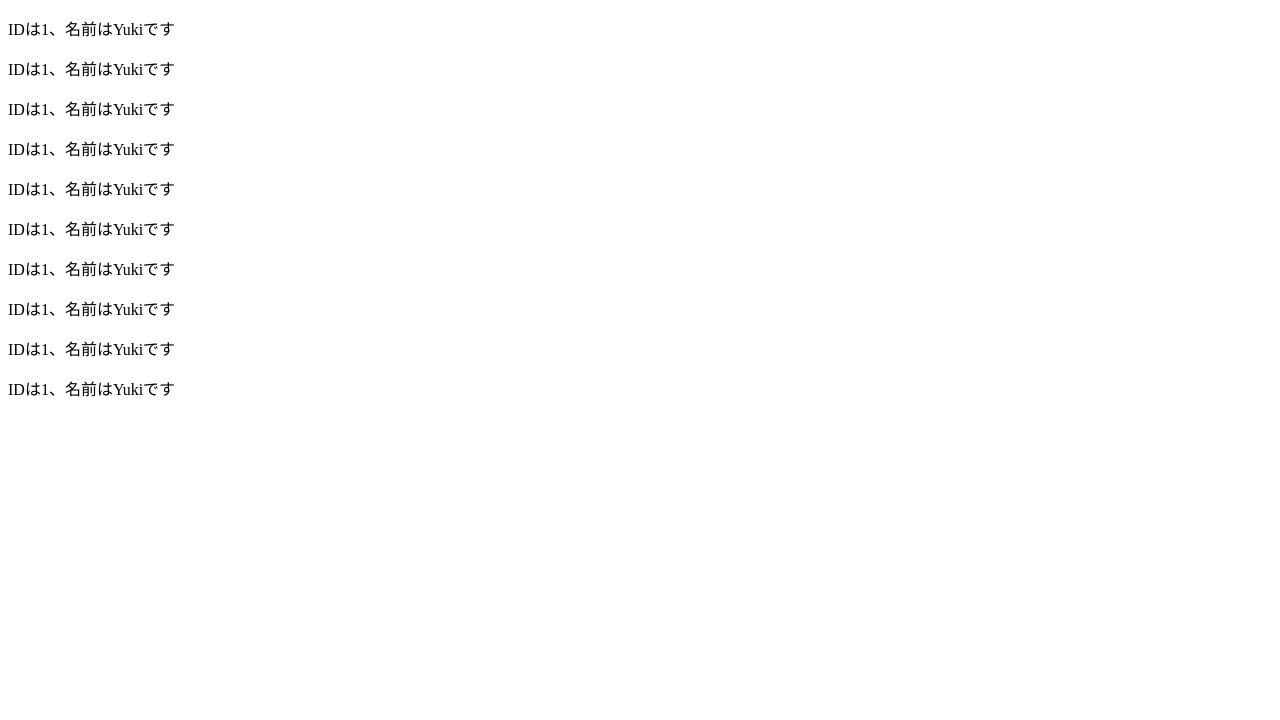
Repository: sakku-14/sukkiri_servlet
Page: http://localhost/lucky/ex.jsp
These files come from the project's save history. The page is drawn as it stood at one moment and after the next save; the edit follows.
The browser window is 1280 px wide. The pictures show the whole page.
The page is served by Tomcat 9.

Above is the page before, as saved 2021-10-17 23:14:26.

After the next save:
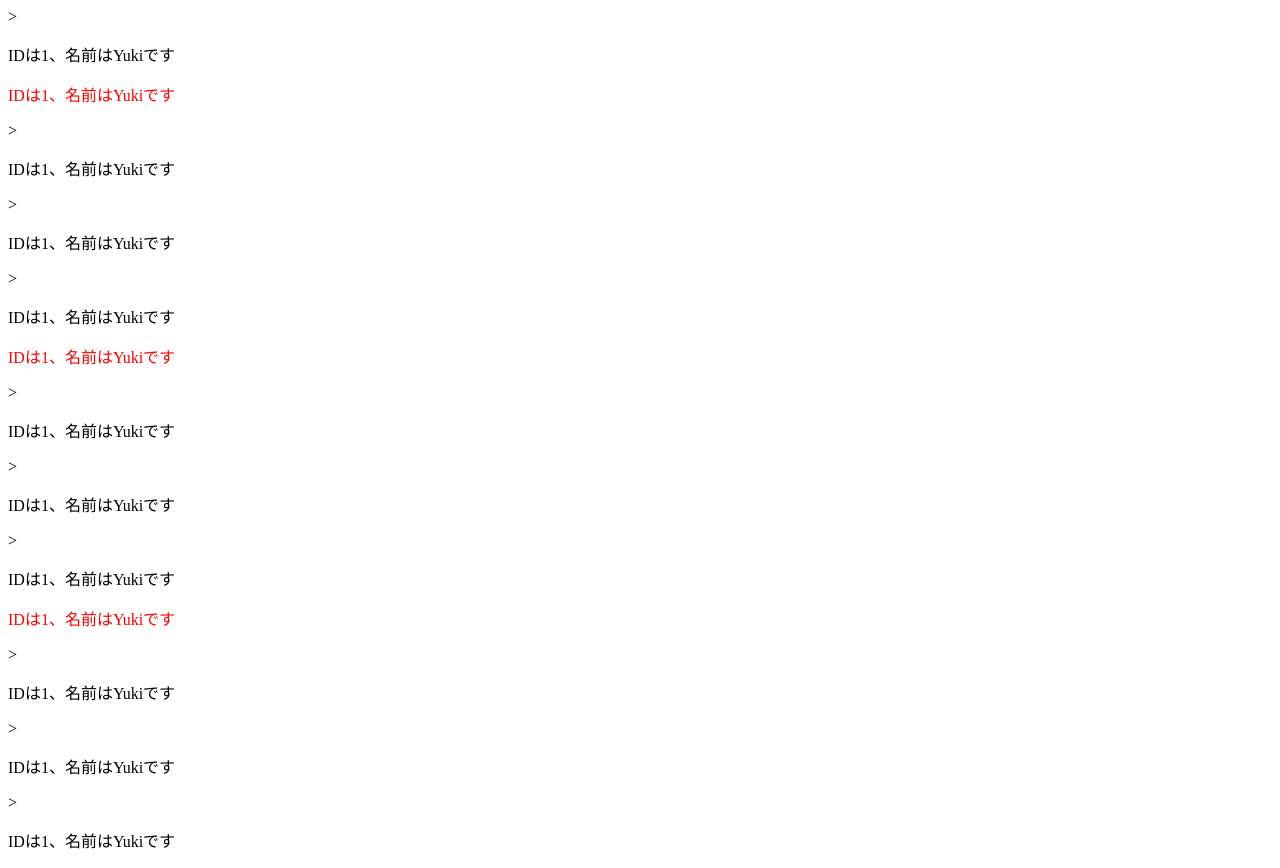
Saved 2 min 6 s later.
--- a/lucky/src/main/webapp/ex.jsp
+++ b/lucky/src/main/webapp/ex.jsp
@@ -14,7 +14,10 @@
 </head>
 <body>
 <% for(int i = 0; i < 10; i++) { %>
-	<p>IDは<%= emp.getId() %>、名前は<%= emp.getName() %>です</p>
+<% if (i % 3 == 1) { %>
+<p style="color:red;">IDは<%= emp.getId() %>、名前は<%= emp.getName() %>です</p>
+<% } %>>
+<p>IDは<%= emp.getId() %>、名前は<%= emp.getName() %>です</p>
 <% } %>
 </body>
 </html>
